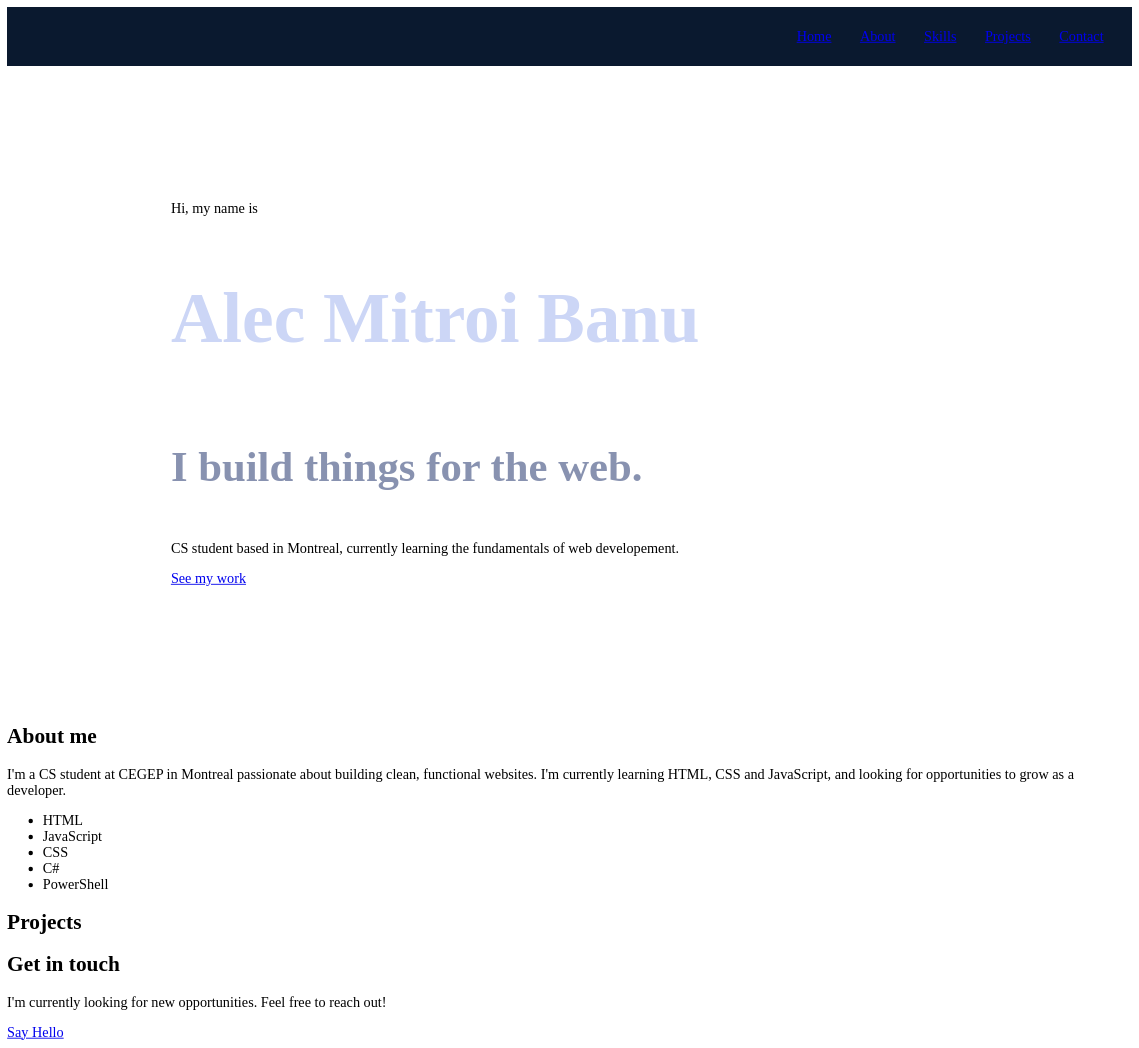
Repository: Alec-Banu/Alec-Banu
Page: index.html
The author's editor kept a copy of each file at every save. The page is drawn from the files as they stood at one save, then again after the next save.
The browser window is 1280 px wide. The pictures show the whole page, at 89% of full size.

Above is the page before, as saved 2026-04-22 13:41:41.

### index.html
<!doctype html>
<html lang="en">
  <head>
    <meta charset="UTF-8" />
    <meta name="viewport" content="width=device-width, initial-scale=1.0" />
    <title>Alec Mitroi Banu</title>
    <link rel="stylesheet" href="./styles/globals.css" />
    <link rel="stylesheet" href="./styles/index.css" />
  </head>
  <body>
    <!-- Nav  -->
    <nav>
      <a href="#hero">Home</a>
      <a href="#about">About</a>
      <a href="#skills">Skills</a>
      <a href="#projects">Projects</a>
      <a href="#contact">Contact</a>
    </nav>

    <!-- Hero  -->
    <hero id="hero">
      <p>Hi, my name is</p>
      <h1>Alec Mitroi Banu</h1>
      <h2>I build things for the web.</h2>
      <p>
        CS student based in Montreal, currently learning the fundamentals of web
        developement.
      </p>
      <a href="#projects">See my work</a>
    </hero>

    <!-- About  -->
    <about id="about">
      <h2>About me</h2>
      <p>
        I'm a CS student at CEGEP in Montreal passionate about building clean,
        functional websites. I'm currently learning HTML, CSS and JavaScript,
        and looking for opportunities to grow as a developer.
      </p>
    </about>

    <!-- Skills  -->
    <skills id="skills">
      <ul>
        <li>HTML</li>
        <li>JavaScript</li>
        <li>CSS</li>
        <li>C#</li>
        <li>PowerShell</li>
      </ul>
    </skills>

    <!-- Projects -->
    <projects id="projects">
      <h2>Projects</h2>
    </projects>

    <!-- Contact -->
    <contact id="contact">
      <h2>Get in touch</h2>
      <p>
        I'm currently looking for new opportunities. Feel free to reach out!
      </p>
      <a href="mailto:alecbanu@yahoo.com">Say Hello</a>
    </contact>
  </body>
</html>

### styles/index.css
nav {
  display: flex;
  gap: 2rem;
  padding: 1.5rem 2rem;
  justify-content: flex-end;
  position: sticky;
  top: 0;
  background-color: #0a192f;
}

#hero {
  min-height: 100vh;
  display: flex;
  flex-direction: column;
  justify-content: center;
  padding: 0 2rem;
  max-width: 56rem;
  margin: 0 auto;

  h1 {
    font-size: 2rem;
    color: #ccd6f6;
  }
  h2 {
    font-size: 2rem;
    color: #8892b0;
  }
}

/* Tablet */

@media (min-width: 768px) {
  #hero h1 {
    font-size: 3.5rem;
  }
  #hero h2 {
    font-size: 2.5rem;
  }
}

/* Desktop */

@media (min-width: 1024px) {
  #hero h1 {
    font-size: 5rem;
  }
  #hero h2 {
    font-size: 3rem;
  }
}

Loaded but not shown: styles/globals.css (no stored copy; drawn as an empty file)

After the next save:
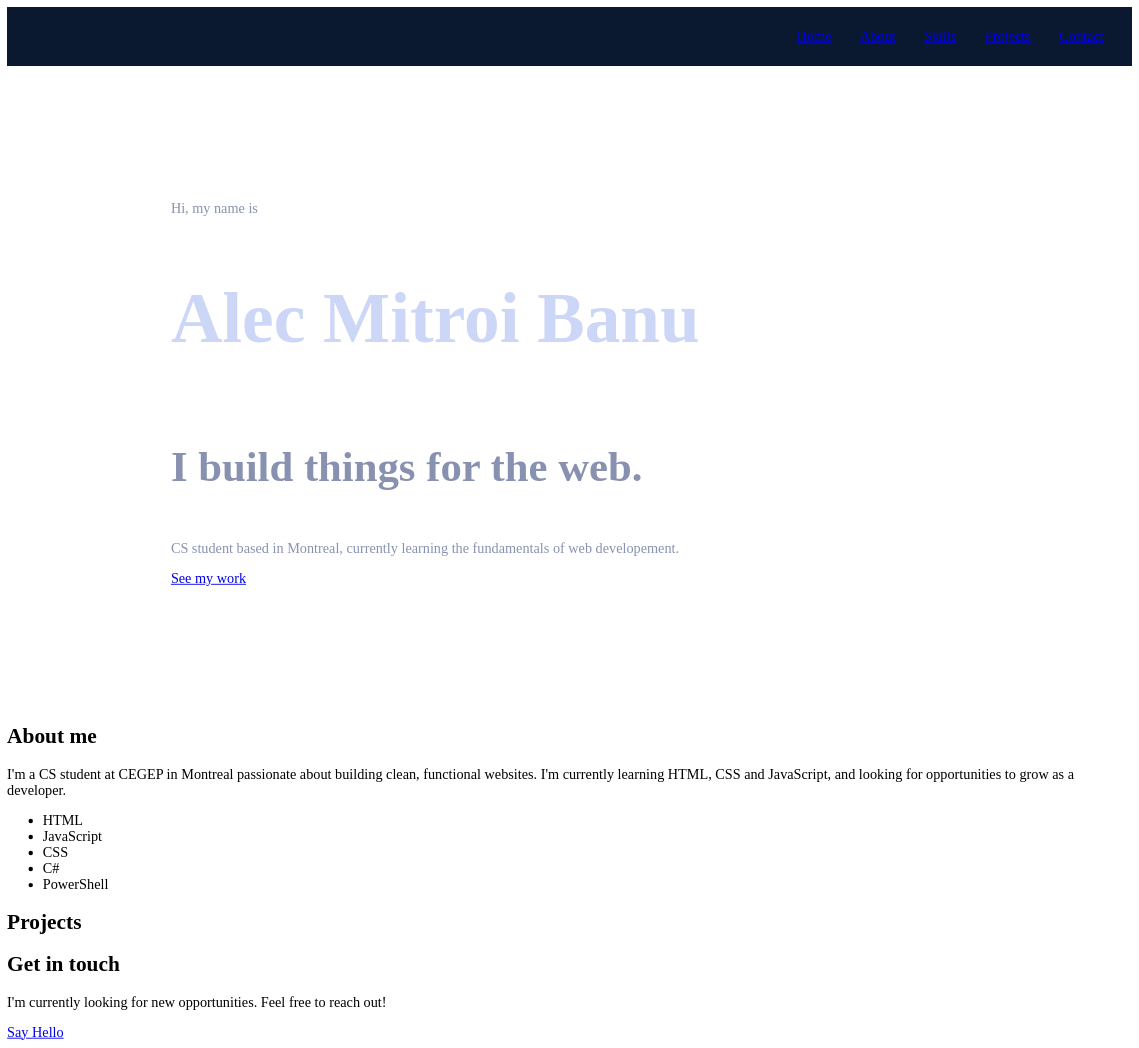
Saved 2 min 53 s later.
--- a/styles/index.css
+++ b/styles/index.css
@@ -22,9 +22,17 @@ nav {
     color: #ccd6f6;
   }
   h2 {
-    font-size: 2rem;
+    font-size: 1.5rem;
     color: #8892b0;
   }
+  p {
+    color: #8892b0;
+    margin: 1rem 0;
+  }
+}
+
+div {
+  padding: 4rem 2rem;
 }
 
 /* Tablet */
